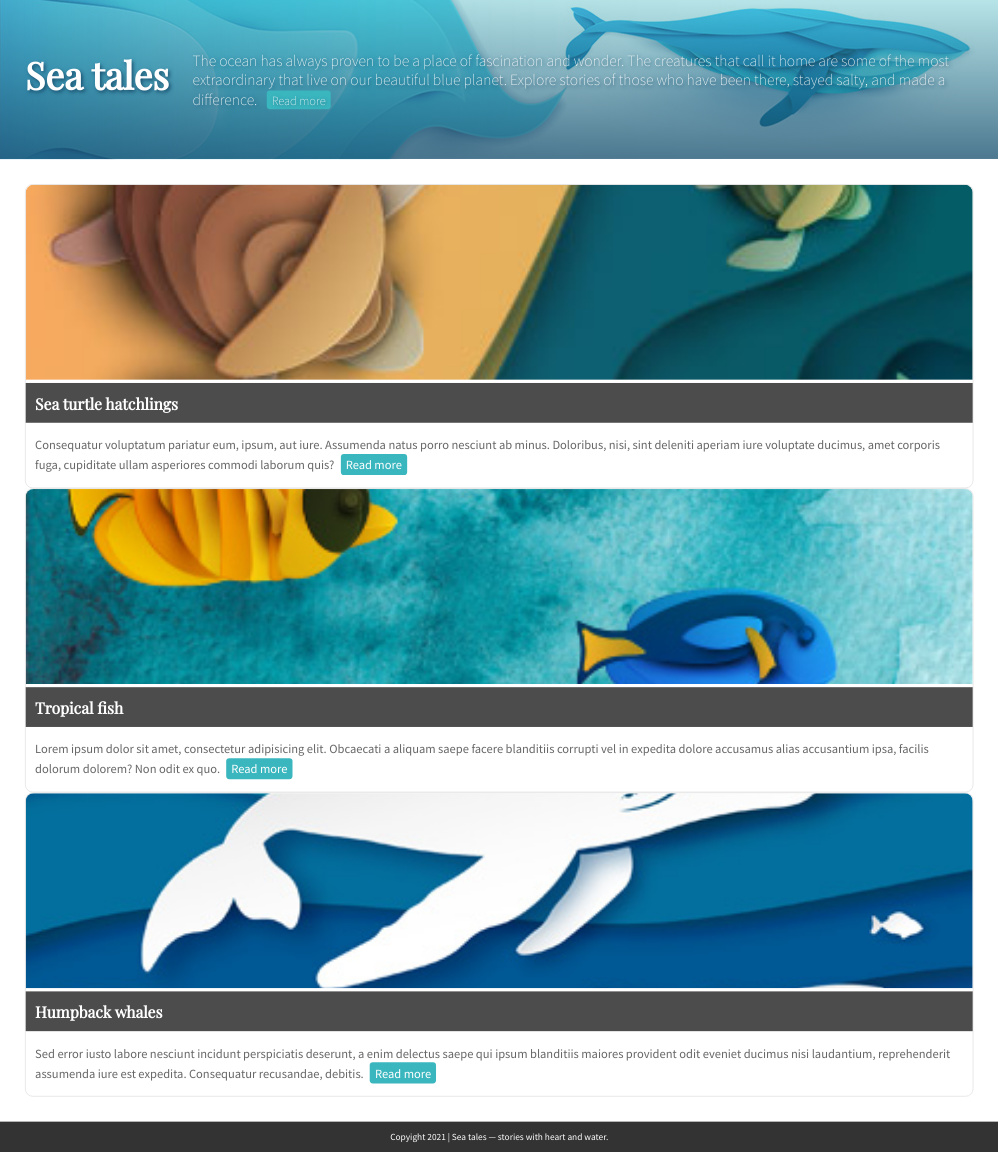
Repository: mariocapitbrok/css-combining-grid-and-flexbox-0305
Page: index.html
An editor plug-in stored every save of this project. The page is shown before and after the next save, followed by the edit.
The browser window is 1280 px wide. The pictures show the whole page, at 78% of full size.

Above is the page before, as saved 2022-10-07 13:52:05.

### index.html
<!DOCTYPE html>
<html lang="en">
<head>
    <meta charset="UTF-8">
    <meta name="viewport" content="width=device-width, initial-scale=1.0">
    <title>Responsive webpage using flex and grid</title>
    <link rel="stylesheet" href="styles/base.css">
</head>
<body>

<main class="wrapper">
    <section class="hero">
        <h1>Sea tales</h1>
        <p>The ocean has always proven to be a place of fascination and wonder. The creatures that call it home are some of the most extraordinary that live on our beautiful blue planet. Explore stories of those who have been there, stayed salty, and made a difference. <a href="#">Read more</a></p>
    </section>
    <section class="stories">
       <article>
            <figure>
                <img src="images/s1.jpg" alt="sea tales">
                <figcaption>
                    <h3>Sea turtle hatchlings</h3>
                </figcaption>
            </figure>
            <p>Consequatur voluptatum pariatur eum, ipsum, aut iure. Assumenda natus porro nesciunt ab minus. Doloribus, nisi, sint deleniti aperiam iure voluptate ducimus, amet corporis fuga, cupiditate ullam asperiores commodi laborum quis?<a href="">Read more</a></p>
        </article>

        <article>
            <figure>
                <img src="images/s2.jpg" alt="sea tales">
                <figcaption>
                    <h3>Tropical fish</h3>
                </figcaption>
            </figure>
            <p>Lorem ipsum dolor sit amet, consectetur adipisicing elit. Obcaecati a aliquam saepe facere blanditiis corrupti vel in expedita dolore accusamus alias accusantium ipsa, facilis dolorum dolorem? Non odit ex quo.<a href="">Read more</a></p>
        </article>

        <article>
            <figure>
                <img src="images/s3.jpg" alt="sea tales">
                <figcaption>
                    <h3>Humpback whales</h3>
                </figcaption>
            </figure>
            <p>Sed error iusto labore nesciunt incidunt perspiciatis deserunt, a enim delectus saepe qui ipsum blanditiis maiores provident odit eveniet ducimus nisi laudantium, reprehenderit assumenda iure est expedita. Consequatur recusandae, debitis.<a href="">Read more</a></p>
        </article>
    </section>
</main>

<footer>
    <p>Copyight 2021 | Sea tales &mdash; stories with heart and water.</p>
</footer>


</body>
</html>

### styles/base.css
@import url('https://fonts.googleapis.com/css?family=Playfair+Display|Source+Sans+Pro:200,400');

* {
    box-sizing: border-box;
    padding: 0;
    margin: 0;
}

body {
    font-family: 'Source Sans Pro', sans-serif;
}

h1, h2, h3, h4, h5, h6 {
    font-family: 'Playfair Display', serif;
}

a {
    background-color: #3ab6bf;
    text-decoration: none;
    color: white;
    border-radius: .25rem;
    display: inline-block;
    padding: .1em .4em;
    margin-left: .5em;
}

main.wrapper {
    max-width: 1300px;
    margin: auto;
}

/* HEADER */
.hero {
    background: linear-gradient(#3ab6bf5e, #1a5271c7), url('../images/hero.jpg') no-repeat top right;
    background-size: cover;
    color: #fff;
    padding: 2rem;
}

.hero h1 {
    font-size: 3rem;
    text-shadow: 2px 2px 5px #1a5271;
    margin-right: 30px;
}

.hero p {
    font-size: 1.25rem;
    font-weight: 200;
    text-shadow: 2px 2px 5px #1a5271;
}

.hero a {
    font-size: 1rem;
}


/* STORIES */
.stories {
    padding: 2rem;
}

.stories article {
    border: 1px solid #e2e2e2;
    border-radius: 10px;
}

.stories figure {

}

.stories img {
    border-top-left-radius: 10px;
    border-top-right-radius: 10px;
    object-fit: cover;
    width: 100%;
    height: 250px;
}

.stories figcaption {
   background-color: rgba(0,0,0,.7);
   width: 100%;
}

.stories figcaption h3 {
   color: white;
   padding: .75rem;
   font-size: 1.25rem;
}

.stories p {
   font-size: 1rem;
   line-height: 1.5;
   padding: 1rem .75rem;
   color: #666666;
}

/* FOOTER */
footer {
   background-color: #333;
   padding: .75rem;
   color: white;
   text-align: center;
   font-size: .75rem;
}


/* MEDIA QUERY */
@media screen and (min-width: 800px) {
    .hero {
        background-position: center center;
        padding: 4em 2em;
        display: flex;
    }

    .hero h1 {
        text-align: right;
        max-width: 50%;
        margin-left: auto;
    }

    .hero p {
        flex: 1;
    }

    .stories {

    }

}

After the next save:
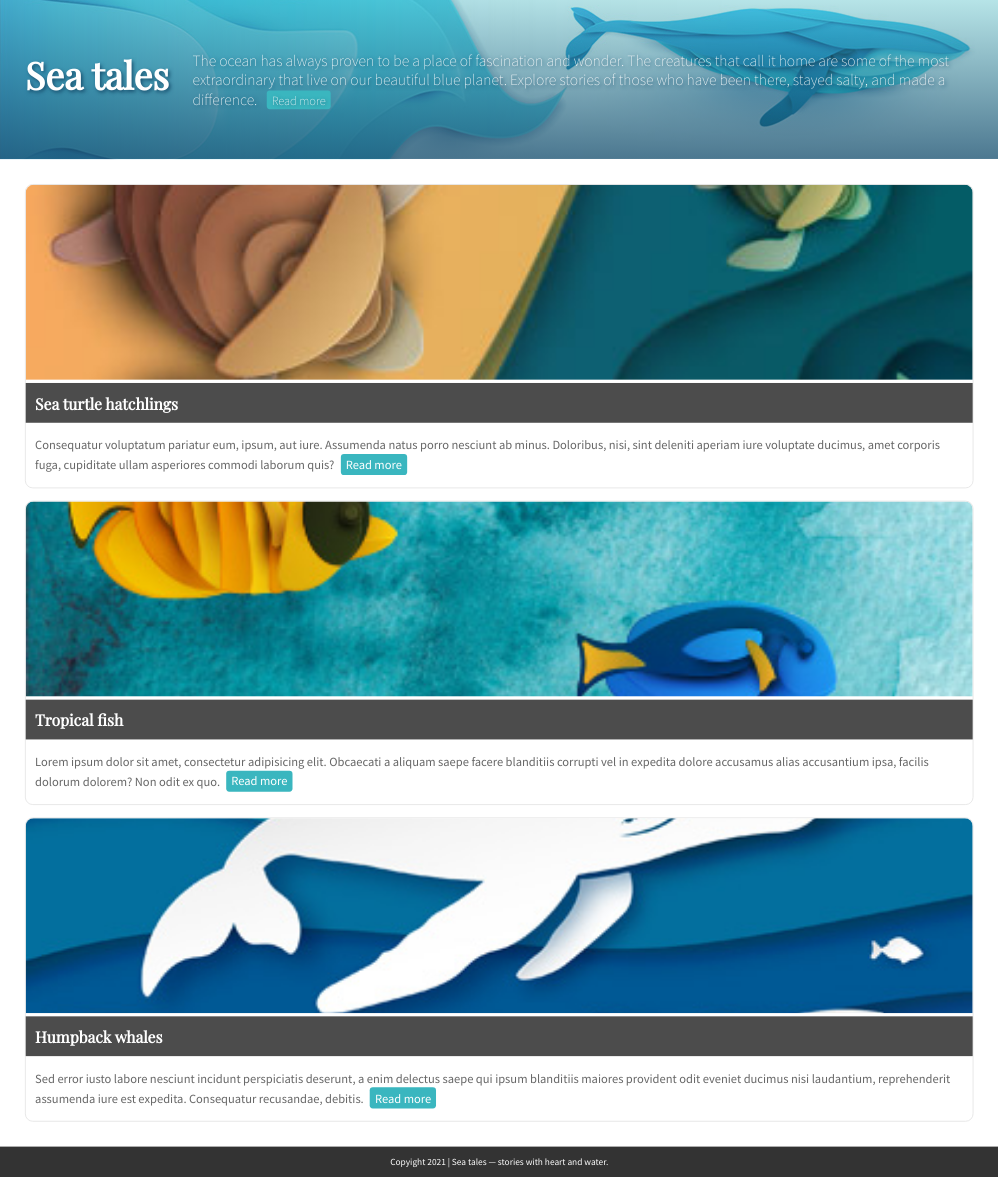
Saved 5 min 47 s later.
--- a/styles/base.css
+++ b/styles/base.css
@@ -123,7 +123,9 @@ footer {
     }
 
     .stories {
-
+        display: grid;
+        grid-template-columns: auto;
+        grid-gap: 1em
     }
 
 }
